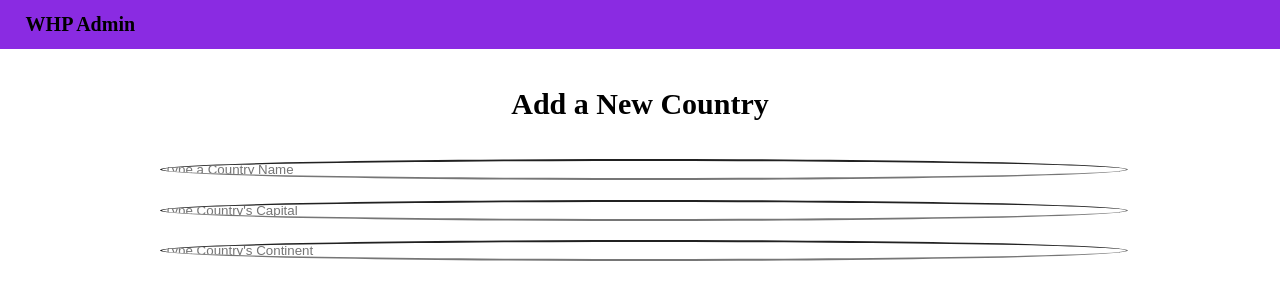
Repository: sabinaPetrisor/World_Hour_Project
Page: http://localhost/WorldHourProject/jsp/add-country.jsp
The author's editor kept a copy of each file at every save. The page is drawn from the files as they stood at one save, then again after the next save.
The browser window is 1280 px wide. The pictures show the whole page.
The page is served by Tomcat 9. Other server files are loaded and not shown.

Above is the page before, as saved 2023-08-04 12:27:24.

### WorldHourProject/src/main/webapp/jsp/add-country.jsp
<%@ page language="java" contentType="text/html; charset=UTF-8"
    pageEncoding="UTF-8"%>
<!DOCTYPE html>
<html>
<head>
	<meta name="viewport" content="width=device-width, initial-scale=1" charset="UTF-8">
	<title>World Hour Project Add Country</title>
	<style> <%@include file="../css/navbar.css" %> </style>
	<style> <%@include file="../css/admin.css" %> </style>
	<style> <%@include file="../css/add-page-admin.css" %> </style>
</head>
<body>
	<%@include file="navbar.jsp" %>

	<div class="content-container">
		<p class="content-container-title">Add a New Country</p>
		<div class="add-form-container">
			<form class="add-form">
				<input type="text" placeholder="Type a Country Name" class="insert-text" name="country-name">
				<input type="text" placeholder="Type Country's Capital" class="insert-text" name="country-capital">
				<input type="text" placeholder="Type Country's Continent" class="insert-text" name="country-continent">
			</form>
		</div>
	</div>
</body>
</html>

### WorldHourProject/src/main/webapp/css/navbar.css
.header-container {
	position: relative;
	width: 100%;
	background-color: blueviolet;
	display: flex;
}

.header-title {
	padding-top: 1%;
	padding-bottom: 1%;
	margin-left: 2%;
	margin-right: 2%;
}

.home-page-title {
	font-size: 20px;
	font-weight: bold;
	width: auto;
}

.home-page-title:hover {
	color: cadetblue;
	cursor: pointer;
}

### WorldHourProject/src/main/webapp/css/admin.css
@charset "UTF-8";
* {
	margin: 0;
	width: 100%;
}

.content-container {
	margin-top: 3%;
}

.content-container-title {
	text-align: center;
	font-size: 30px;
	font-weight: bold;
	margin-bottom: 3%;
}

.btn-container {
	display: flex;
	justify-content: center;
}

.add-button {
	padding: 1%;
	margin-bottom: 3%;
	background-color: blueviolet;
	border: none;
	text-align: center;
	font-weight: bold;
	width:auto;
	cursor: pointer;
}

.tbl {
	margin: 0 auto;
	border-collapse: collapse;
	table-layout: auto;
	width: auto;

}

.tbl-col-names {
	border: 2px solid blueviolet;
	background-color: blueviolet;
}

.tbl td, .tbl-col-names th {
  border: 1px solid #dddddd;
  text-align: center;
  width: auto;
}

.tbl tr:nth-child(even) {
  background-color: #dddddd;
}

### WorldHourProject/src/main/webapp/css/add-page-admin.css
@charset "UTF-8";
* {
	margin: 0;
	width: 100%;
}

.add-form-container {
	display: flex;
	justify-content: center;
}

.add-form {
	width: 75%;
}

.insert-text {
	margin-bottom: 2%;
	border-radius: 50%;
}

### WorldHourProject/src/main/webapp/jsp/navbar.jsp
<div class="header-container">
	<div class="header-title">
		<span class="home-page-title">WHP Admin</span>
	</div>
</div>

After the next save:
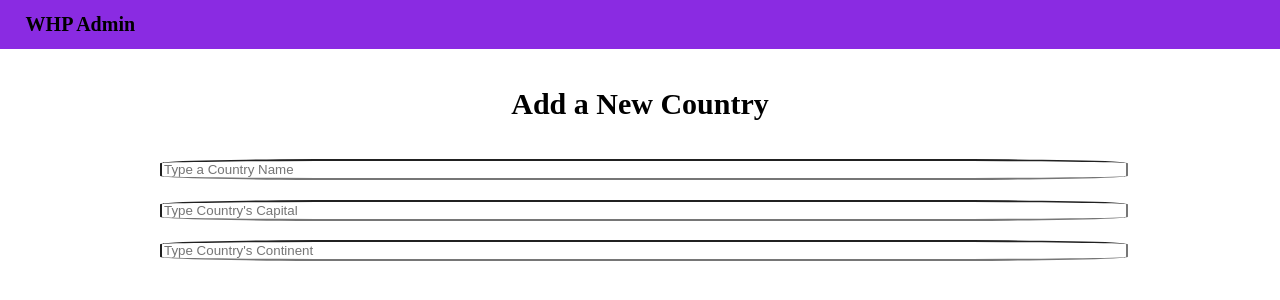
Saved 11 s later.
--- a/WorldHourProject/src/main/webapp/css/add-page-admin.css
+++ b/WorldHourProject/src/main/webapp/css/add-page-admin.css
@@ -15,5 +15,5 @@
 
 .insert-text {
 	margin-bottom: 2%;
-	border-radius: 50%;
+	border-radius: 20%;
 }
